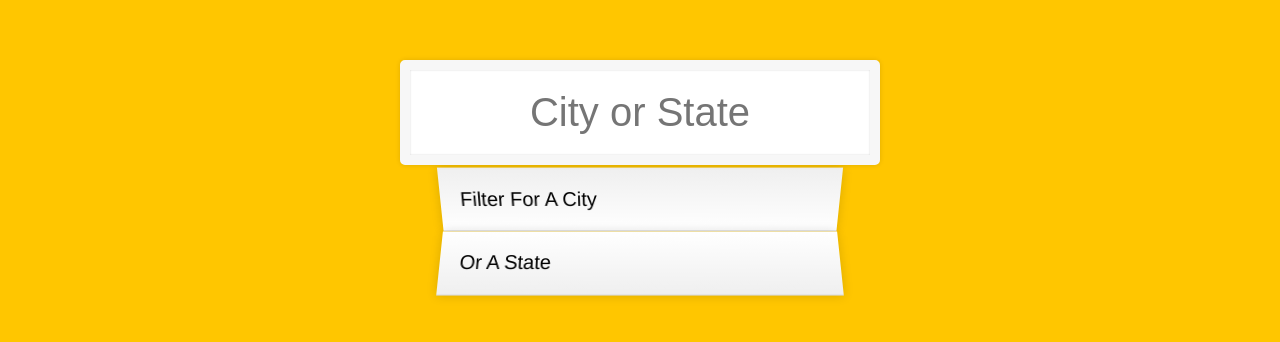
Repository: Saieebawake/Type-Ahead-City-or-State-Search
Page: index.html
These files come from the project's save history. The page is drawn as it stood at one moment and after the next save; the edit follows.
The browser window is 1280 px wide. The pictures show the whole page.
The page's requests for data from a server got no answer.

Above is the page before, as saved 2026-09-27 20:47:19.

### index.html
<!DOCTYPE html>
<html lang="en">
<head>
    <meta charset="UTF-8">
    <meta name="viewport" content="width=device-width, initial-scale=1.0">
    <title>Type Ahead</title>
    <link rel="stylesheet" href="style.css">
</head>
<body>
    <form class="search-form">
        <input type="text" class="search" placeholder="City or State">
        <ul class="suggestions">
            <li>Filter for a city</li>
            <li>or a state</li>
        </ul>
    </form>
    <script src="script.js"></script>
</body>
</html>

### style.css
html {
    box-sizing: border-box;
    background: #ffc600;
    font-family: 'helvetica neue';
    font-size: 20px;
    font-weight: 200;
}

*, *:before, *:after {
    box-sizing: inherit;
}

input {
    width: 100%;
    padding: 20px;
}

.search-form {
    max-width: 400px;
    margin: 50px auto;
}

input.search {
    margin: 0;
    text-align: center;
    outline: 0;
    border: 10px solid #f7f7f7;
    width: 120%;
    left: -10%;
    position: relative;
    top: 10px;
    z-index: 2;
    border-radius: 5px;
    font-size: 40px;
    box-shadow: 0 0 5px rgba(0, 0, 0, 0.12), inset 0 0 2px rgba(0, 0, 0, 0.19);
}

.suggestions {
    margin: 0;
    padding: 0;
    position: relative;
}

.suggestions li {
    background: white;
    list-style: none;
    border-bottom: 1px solid #d8d8d8;
    box-shadow: 0 0 10px rgba(0, 0, 0, 0.14);
    margin: 0;
    padding: 20px;
    transition: background 0.2s;
    display: flex;
    justify-content: space-between;
    text-transform: capitalize;
}

.suggestions li:nth-child(even) {
    transform: perspective(100px) rotateX(3deg) translateY(2px) scale(1.001);
    background: linear-gradient(to bottom, #ffffff 0%, #efefef 100%);
}

.suggestions li:nth-child(odd) {
    margin-top: 10px;
    transform: perspective(100px) rotateX(-3deg) translateY(3px);
    background: linear-gradient(to top, #ffffff 0%, #efefef 100%);
}

span.population {
    font-size: 15px;
}

.hl {
    background: #ffc600;
}

### script.js
const endpoint = 'https://gist.githubusercontent.com/Miserlou/c5cd8364bf9b2420bb29/raw/2bf258763cdddd704f8ffd3ea9a3e81d25e2c6f6/cities.json'

const cities = [];

fetch(endpoint)
.then(blob => blob.json())
.then(data => cities.push(...data))

function findMatches(wordToMatch, cities) {
    return cities.filter(place => {
        const regex = new RegExp(wordToMatch, 'gi');
        return place.city.match(regex) || place.state.match(regex)
    });
}

function numberWithCommas(x) {
    return x.toString().replace(/|B(?=(\d{3})+(?!\d))/g, ',');
}

function displayMatches() {
    const matchArray = findMatches(this.value, cities);
    const html = matchArray.map(place => {
        const regex = new RegExp(this.value, 'gi');
        const cityName = place.city.replace(regex,`<span class="hl">${this.value}</span>`);
        const stateName = place.state.replace(regex,`<span class="hl">${this.value}</span>`);
        return `
        <li>
        <span class="name">${cityName}, ${stateName}</span>
        <span class="population">${numberWithCommas(place.population)}</span>
        </li>`;
    }).join('');
    suggestions.innerHTML = html;
}

const searchInput = document.querySelector('.search');
const suggestions = document.querySelector('.suggestions');

searchInput.addEventListener('change', displayMatches);
searchInput.addEventListener('keyup', displayMatches);

After the next save:
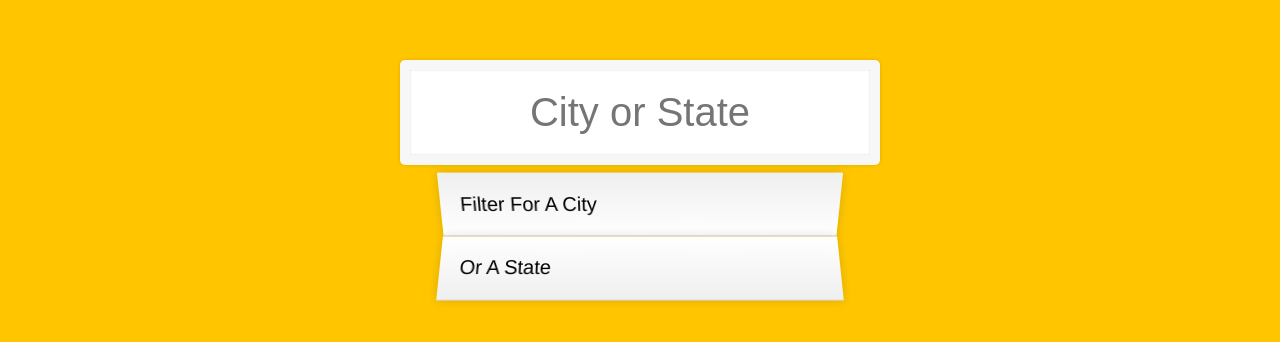
Saved 5 s later.
--- a/style.css
+++ b/style.css
@@ -60,7 +60,7 @@
 }
 
 .suggestions li:nth-child(odd) {
-    margin-top: 10px;
+    margin-top: 15px;
     transform: perspective(100px) rotateX(-3deg) translateY(3px);
     background: linear-gradient(to top, #ffffff 0%, #efefef 100%);
 }

After the save that followed:
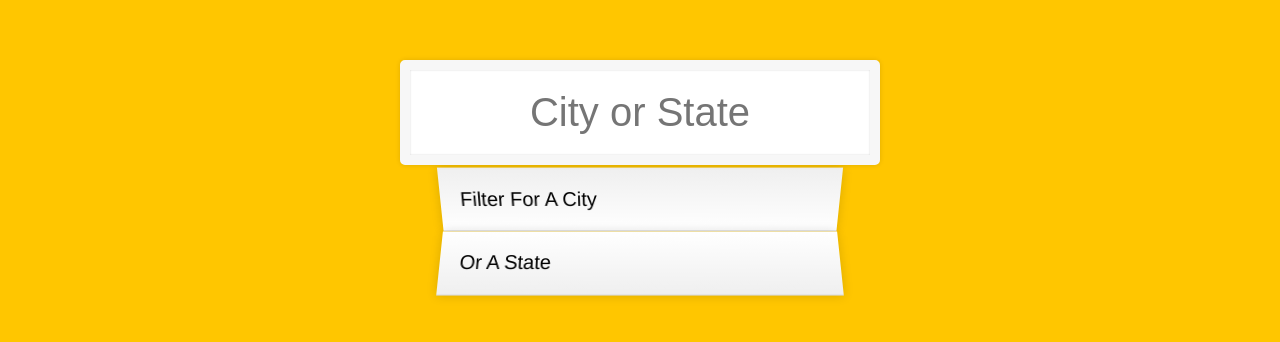
Saved 4 s later.
--- a/style.css
+++ b/style.css
@@ -60,7 +60,7 @@
 }
 
 .suggestions li:nth-child(odd) {
-    margin-top: 15px;
+    margin-top: 10px;
     transform: perspective(100px) rotateX(-3deg) translateY(3px);
     background: linear-gradient(to top, #ffffff 0%, #efefef 100%);
 }
